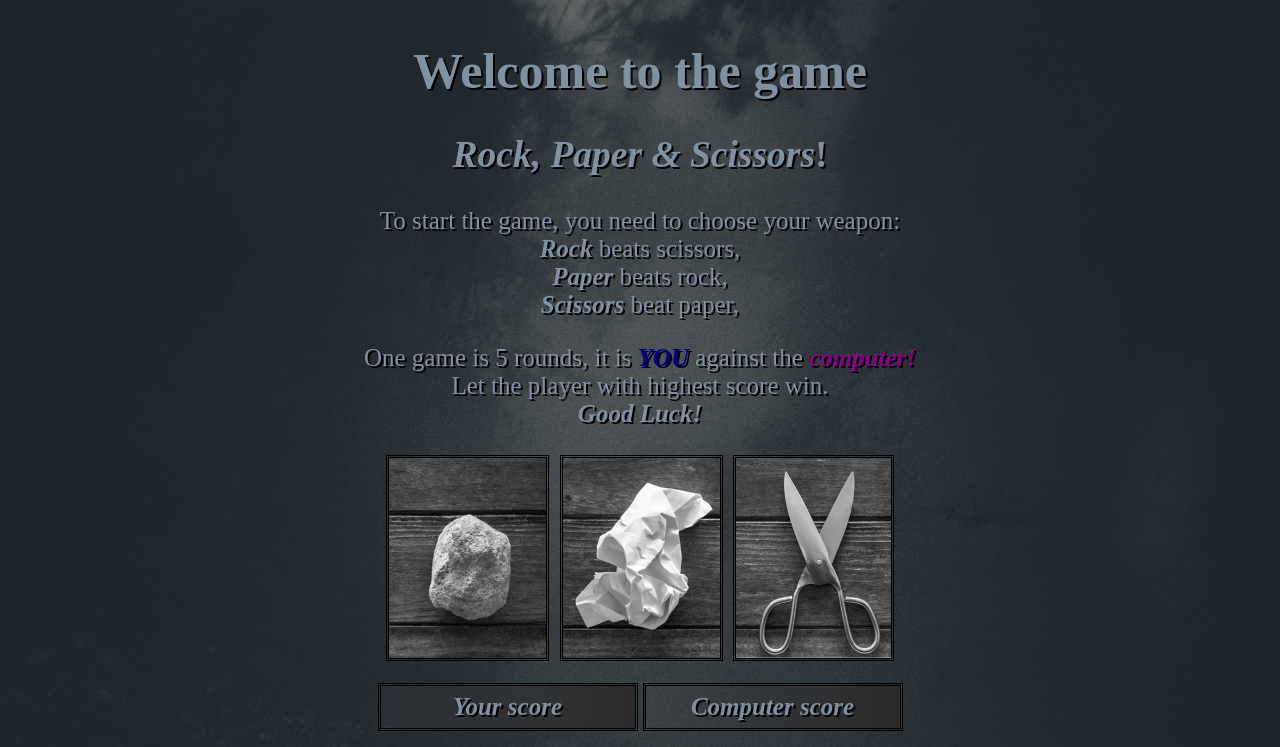
Repository: agneta1991/rock-paper-scissors
Page: Desktop/coding/index2.html
The author's editor kept a copy of each file at every save. The page is drawn from the files as they stood at one save, then again after the next save.
The browser window is 1280 px wide. The pictures show the whole page.

Above is the page before, as saved 2023-03-06 10:25:51.

After the next save:
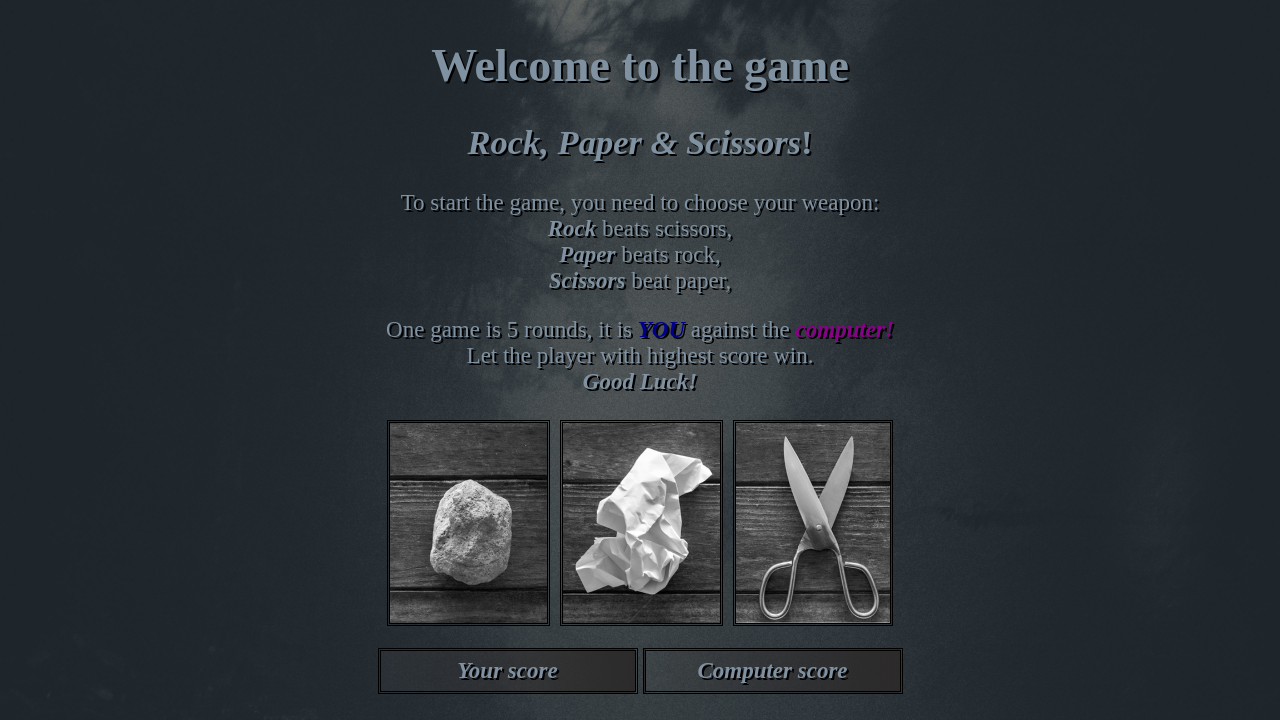
Saved 14 s later.
--- a/Desktop/coding/styles.css
+++ b/Desktop/coding/styles.css
@@ -7,7 +7,7 @@ body{
 .container1, .container2, .container3{
     color: rgb(128, 146, 161);
     text-shadow: 2px 2px black;
-    font-size: 25px;
+    font-size: 23px;
 }
 span{
     font-weight: bold;
